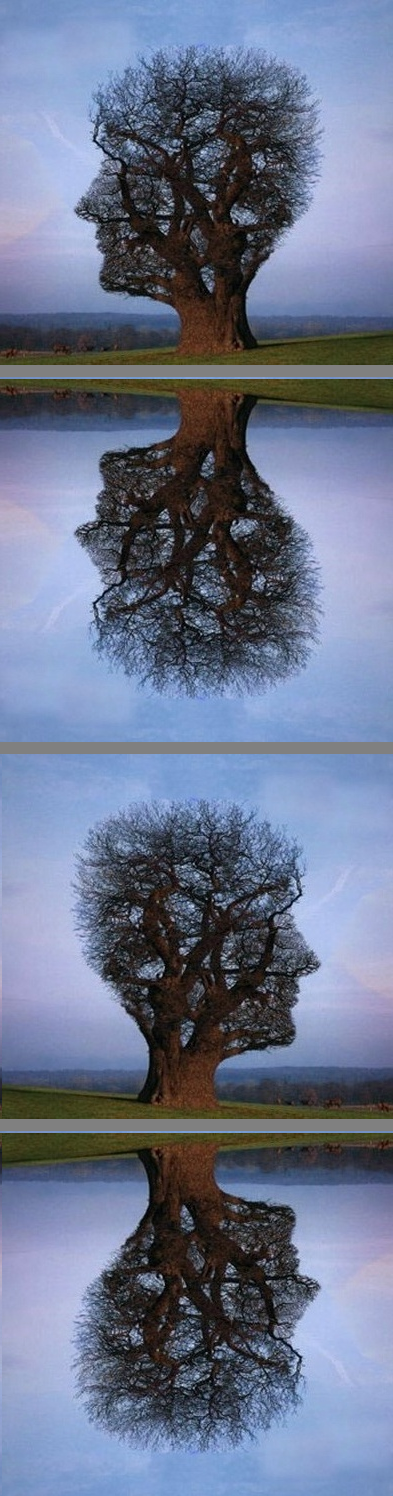
Repository: Dapravith/I5-GIC-Image-Processing
Script's output: python ROTHA_Dapravith_e20190915_TP3.py
These files come from the project's save history. The script's output is drawn as it stood at one moment and after the next save; the edit follows.
Each picture stacks the figures in order, with grey between them; figures that are only written to a file come last. Random numbers start from a fixed seed. It also reads images/facetree.jpg.

Above is the script's output before, as saved 2024-01-04 14:28:36.

### ROTHA_Dapravith_e20190915_TP3.py
import cv2 as cv

img = cv.imread('./images/facetree.jpg')


height, width = img.shape[:2]

mirImg1 = mirImg2 = mirImg3 = img.copy()



def  miro_f1(img):
        for h in range(height):
            for w in range(width):
                mirImg1[h,w]=img[1-h,w]
        return mirImg1


def miro_f2(img):
    for h in range(height):
        for w in range(width):
            mirImg2[h,w]=img[h,1-w]
    return mirImg2

def miro_f3(img):
    for h in range(height):
        for w in range(width):
            mirImg3[h,w]=img[1-h,1-w]
    return mirImg3




cv.imshow('Test1',img)

cv.imshow('Test2', miro_f1(img))

cv.imshow('Test3', miro_f2(img))

cv.imshow('Test4', miro_f3(img))


cv.waitKey(0)
cv.destroyAllWindows()

After the next save:
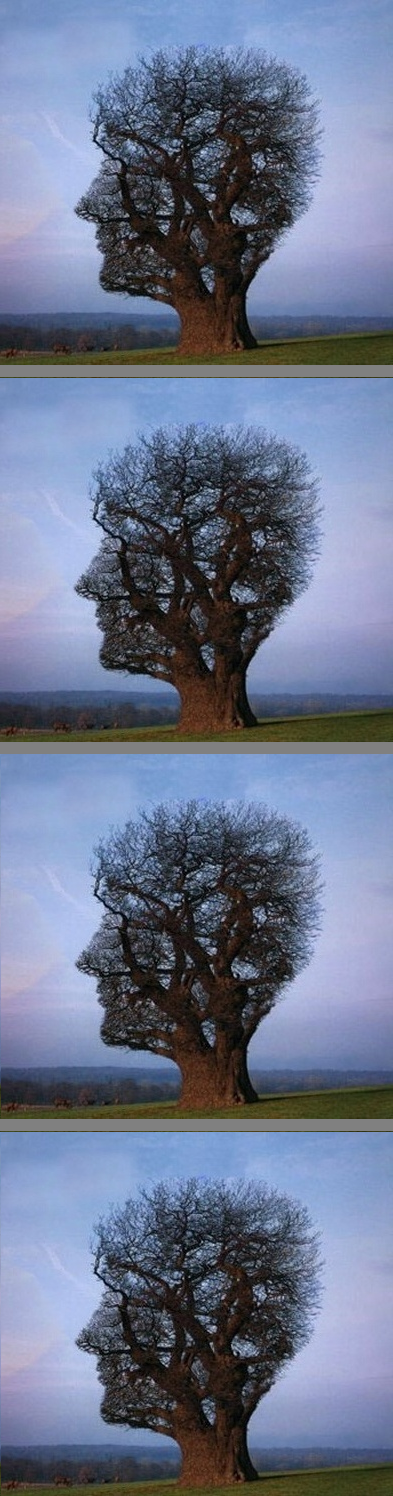
Saved 10 min 48 s later.
--- a/ROTHA_Dapravith_e20190915_TP3.py
+++ b/ROTHA_Dapravith_e20190915_TP3.py
@@ -12,20 +12,20 @@
 def  miro_f1(img):
         for h in range(height):
             for w in range(width):
-                mirImg1[h,w]=img[1-h,w]
+                mirImg1[h,w]=img[h-1,w]
         return mirImg1
 
 
 def miro_f2(img):
     for h in range(height):
         for w in range(width):
-            mirImg2[h,w]=img[h,1-w]
+            mirImg2[h,w]=img[h,w-1]
     return mirImg2
 
 def miro_f3(img):
     for h in range(height):
         for w in range(width):
-            mirImg3[h,w]=img[1-h,1-w]
+            mirImg3[h,w]=img[h-1,w-1]
     return mirImg3
 
 

After the save that followed:
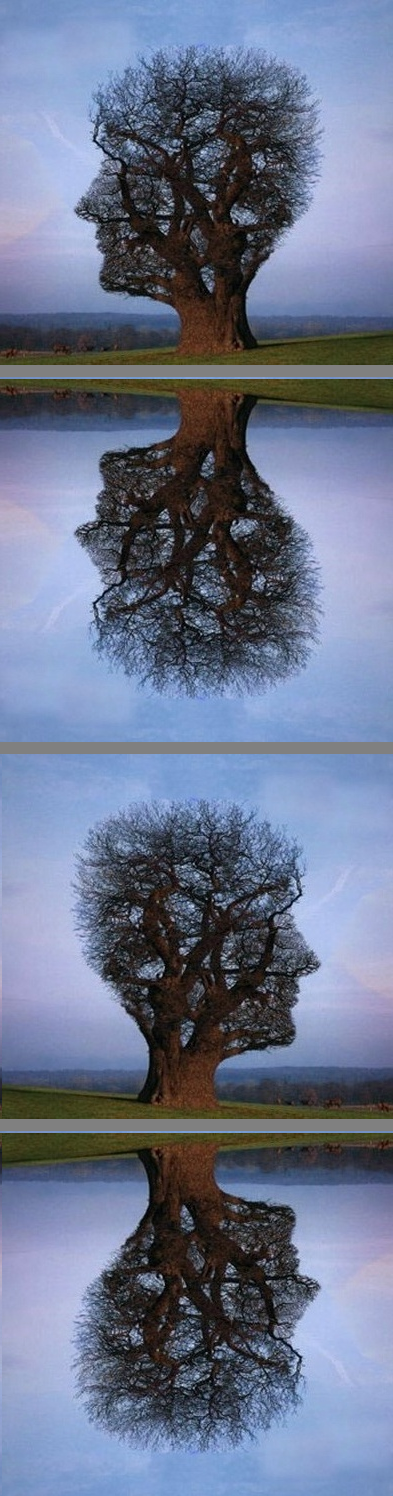
Saved 2 min 47 s later.
--- a/ROTHA_Dapravith_e20190915_TP3.py
+++ b/ROTHA_Dapravith_e20190915_TP3.py
@@ -7,25 +7,20 @@
 
 mirImg1 = mirImg2 = mirImg3 = img.copy()
 
-
-
 def  miro_f1(img):
         for h in range(height):
             for w in range(width):
-                mirImg1[h,w]=img[h-1,w]
+                mirImg1[h,w]=img[1-h,w]
         return mirImg1
-
-
 def miro_f2(img):
     for h in range(height):
         for w in range(width):
-            mirImg2[h,w]=img[h,w-1]
+            mirImg2[h,w]=img[h,1-w]
     return mirImg2
-
 def miro_f3(img):
     for h in range(height):
         for w in range(width):
-            mirImg3[h,w]=img[h-1,w-1]
+            mirImg3[h,w]=img[1-h,1-w]
     return mirImg3
 
 
